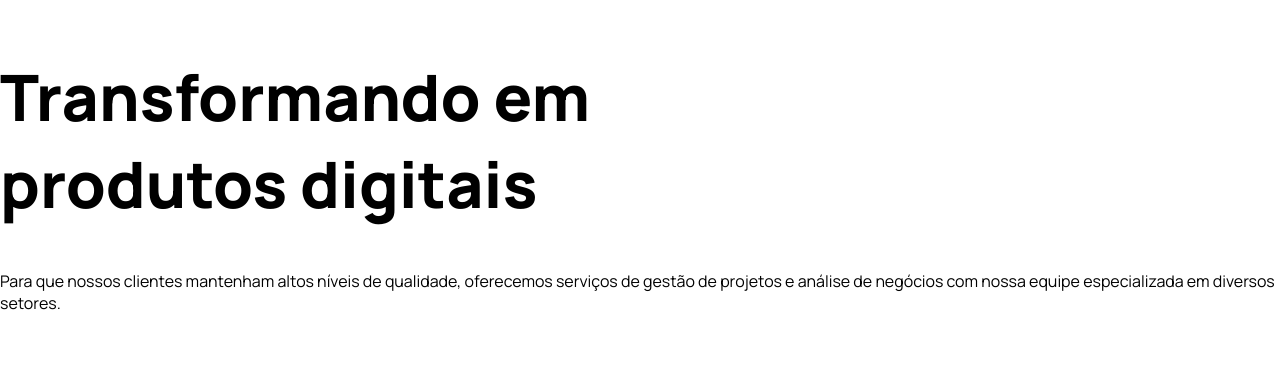
Repository: kleber-goncalves/Landing-Page-Gestao-de-projetos-dnc
Page: index.html
These files come from the project's save history. The page is drawn as it stood at one moment and after a run of saves; the edit follows.
The browser window is 1280 px wide. The pictures show the whole page.

Above is the page before, as saved 2025-01-04 14:52:38.

After the next 6 saves:
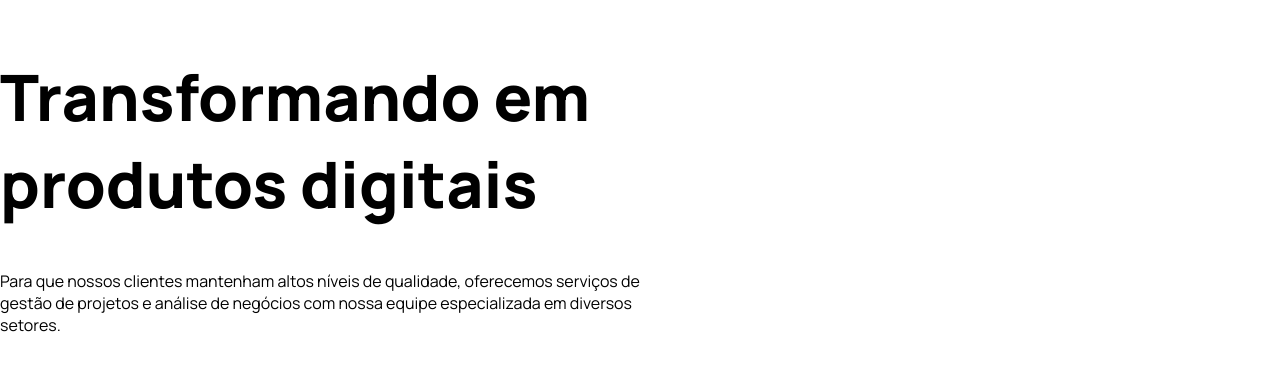
The 6 saves are shown as one change because they came seconds apart.
The last was saved 17 s later.
--- a/style.css
+++ b/style.css
@@ -22,8 +22,8 @@ body {
 
 #elemnt-topo > p {
     font-family: "Manrope", serif;
-    width: Fixed (650px)px;
-    height: Fixed (99px)px;
+    width:  650px;
+    height: 99px;
 
 
 }
